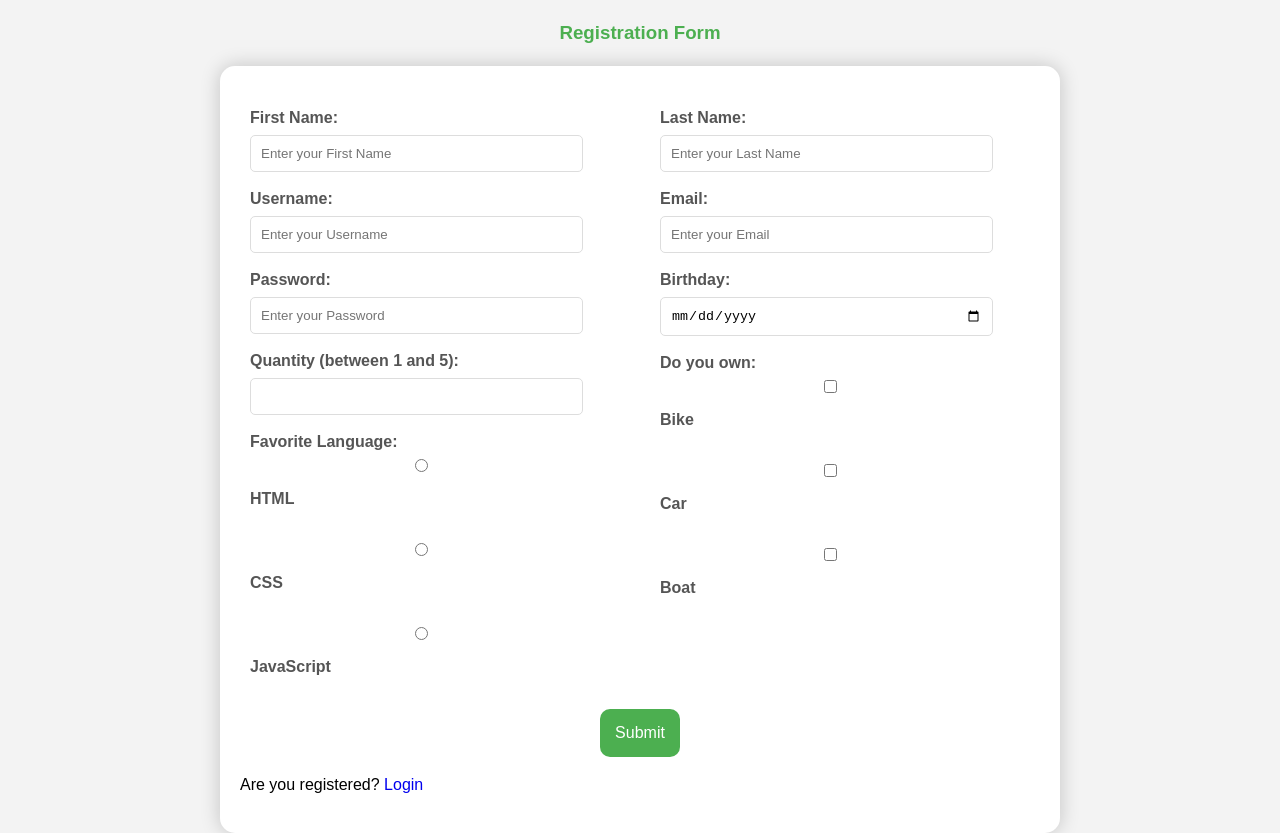
Repository: alizey12/Regestratin-Form-js
Page: regester.html
An editor plug-in stored every save of this project. The page is shown before and after the next save, followed by the edit.
The browser window is 1280 px wide. The pictures show the whole page.

Above is the page before, as saved 2024-11-29 18:39:31.

After the next save:
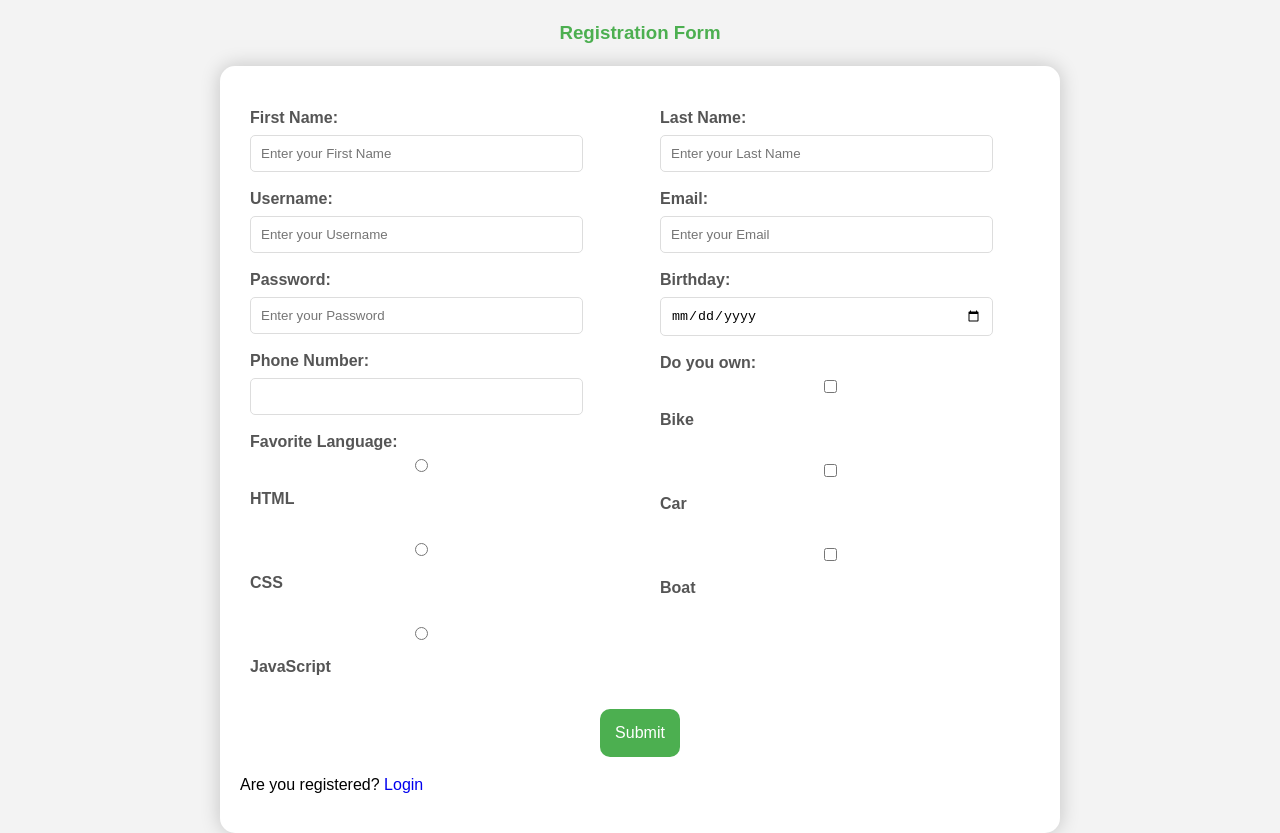
Saved 10 s later.
--- a/regester.html
+++ b/regester.html
@@ -21,7 +21,7 @@
                     <label for="password">Password:</label>
                     <input type="password" id="password" name="password" placeholder="Enter your Password" required>
 
-                    <label for="quantity">Quantity (between 1 and 5):</label>
+                    <label for="quantity">Phone Number:</label>
                     <input type="number" id="quantity" name="quantity" min="1" max="15">
 
                     <label for="fav_language">Favorite Language:</label>
